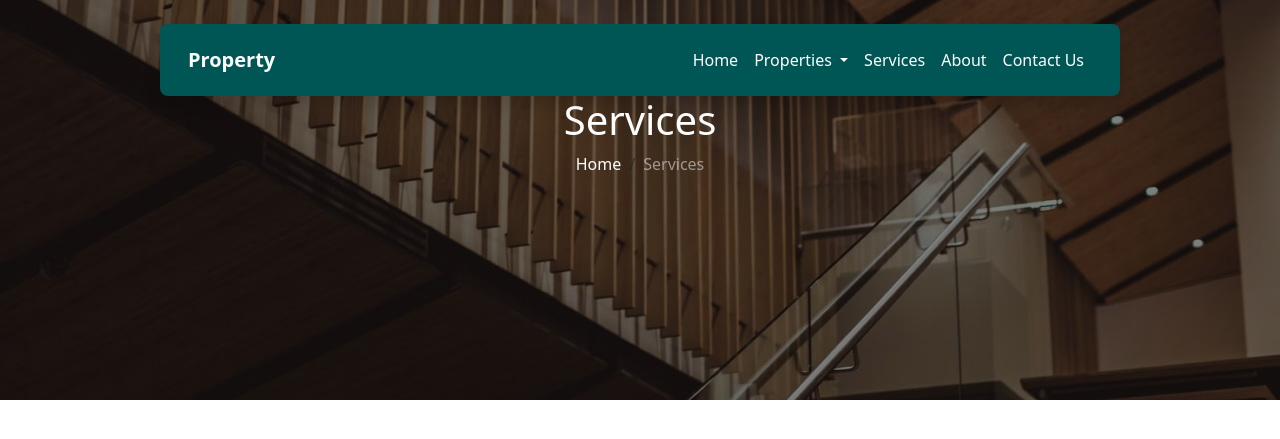
Repository: sameerrrrkhan911-git/Property
Page: service.html
The author's editor kept a copy of each file at every save. The page is drawn from the files as they stood at one save, then again after the next save.
The browser window is 1280 px wide. The pictures show the whole page.
Some web libraries are served in a nearby version.

Above is the page before, as saved 2025-09-28 16:14:53.

### service.html
<!doctype html>
<html lang="en">

<head>
    <meta charset="utf-8">
    <meta name="viewport" content="width=device-width, initial-scale=1">
    <title>Property</title>

    <!--====== LINKS ========-->
    <link href="https://cdn.jsdelivr.net/npm/bootstrap@5.3.8/dist/css/bootstrap.min.css" rel="stylesheet">
    <link
        href="https://fonts.googleapis.com/css2?family=Montserrat:wght@400;600&family=Open+Sans:wght@400;600&display=swap"
        rel="stylesheet">
    <link href="https://unpkg.com/aos@2.3.1/dist/aos.css" rel="stylesheet">
    <link href="https://cdn.jsdelivr.net/npm/remixicon@4.5.0/fonts/remixicon.css" rel="stylesheet">
    <link href="https://cdnjs.cloudflare.com/ajax/libs/tiny-slider/2.9.4/tiny-slider.css" rel="stylesheet">
    <link rel="stylesheet" href="assets/css/style2.css">
    <link rel="stylesheet" href="assets/css/style.css">

</head>

<body>
    <section class="mb-5" id="Right-Step">
        <div class="bg-holder overlay overlay-elixir">
        </div>

        <!-- Navbar -->
        <nav
            class="navbar navbar-expand-lg green-color p-3 mt-4 sticky-top position-absolute top-0 start-50 translate-middle-x w-75 rounded-3 shadow">
            <div class="container-fluid">
                <!-- Brand -->
                <a class="navbar-brand text-white fw-bold" href="#">Property</a>

                <!-- Toggler for Mobile -->
                <button class="navbar-toggler bg-light" type="button">
                    <span class="navbar-toggler-icon"></span>
                </button>

                <!-- Navbar Links -->
                <div class="collapse navbar-collapse" id="navbarNavDropdown">
                    <ul class="navbar-nav ms-auto">
                        <li class="nav-item">
                            <a class="nav-link text-white active" aria-current="page" href="#">Home</a>
                        </li>
                        <li class="nav-item dropdown">
                            <a class="nav-link dropdown-toggle text-white" href="#" role="button"
                                data-bs-toggle="dropdown" aria-expanded="false">
                                Properties
                            </a>
                            <ul class="dropdown-menu">
                                <li><a class="dropdown-item" href="#">Action</a></li>
                                <li><a class="dropdown-item" href="#">Another action</a></li>
                                <li><a class="dropdown-item" href="#">Something else here</a></li>
                            </ul>
                        </li>
                        <li class="nav-item"><a class="nav-link text-white" href="service.html">Services</a></li>
                        <li class="nav-item"><a class="nav-link text-white" href="about.html">About</a></li>
                        <li class="nav-item"><a class="nav-link text-white" href="contact.html">Contact Us</a></li>
                    </ul>
                </div>
            </div>
        </nav>

        <!--/.bg-holder-->
        <div class="forbg py-5">
            <div class="container">

                <div class="row justify-content-center align-items-center">
          <div class="col-lg-9 text-center mt-5">
            <h1 class="heading aos-init aos-animate white" data-aos="fade-up">Services</h1>

            <nav aria-label="breadcrumb" data-aos="fade-up" data-aos-delay="200" class="aos-init aos-animate">
              <ol class="breadcrumb text-center justify-content-center">
                <li class="breadcrumb-item"><a href="index.html" style="color: white;">Home</a></li>
                <li class="breadcrumb-item active text-white-50" aria-current="page">
                  Services
                </li>
              </ol>
            </nav>
          </div>
        </div>
            </div>
        </div><!-- end of .container-->
    </section>

</body>

</html>

### assets/css/style.css
/* ==============================
   Root Variables
=================================*/
:root {
  --green-color: #005555;
   --heading-color: #2a3855;
}

.green-color {
  background-color: var(--green-color);
}

.green{
  color: var(--green-color);
}

.black{
  color: black;
}

.para{
  text-align: left;
}

.heading-color{
  color: var(--heading-color);
}

.z-9 {
  z-index: 9 !important;
}

.white {
  color: white;
}

.green-line{
   height: 2px;
  width: 120px;
 background-color: var(--green-color);
 margin-bottom: 10px;
}

.black-line{
   height: 2px;
  width: 80px;
 background-color: black;
 margin: 10px auto;
}

.white-bg{
  background-color: white;
}

.fs-6{
  font-size: 5px;
}

.marginn{
  margin-bottom: 30px;
}

.a{
  text-decoration: none;
}


.dark-grey{
  background-color: #cccccc;
}

.text-color{
  color: #909ba6;
}
/* ==============================
Header
=================================*/


/* Hero background */
.hero-header {
  background-image: url("../images/hero_bg_3.jpg") !important;
  background-repeat: no-repeat;
  background-position: center center;
  background-size: cover;
  min-height: 100vh;
  position: relative;
  display: flex;
  align-items: center;
}



/* Overlay */
.hero-header::before {
  content: "";
  position: absolute;
  top: 0;
  left: 0;
  width: 100%;
  height: 100%;
  background: rgba(0, 0, 0, 0.5);
  z-index: 0;
}

/* Keep hero text above overlay */
.hero {
  position: relative;
  z-index: 1;
}

/* White text */
.white {
  color: #fff !important;
}

/* Responsive adjustments */
@media (max-width: 768px) {
  nav.navbar {
    width: 90% !important;
    margin-top: 1rem !important;
    padding: 0.75rem 1rem !important;
  }

  .hero h1 {
    font-size: 1.75rem;
    line-height: 1.3;
  }

  .hero form {
    flex-direction: column !important;
    gap: 0.75rem;
  }

  .hero input {
    width: 100% !important;
  }

  .hero button {
    width: 100% !important;
  }
}

@media (max-width: 576px) {
  .hero h1 {
    font-size: 1.5rem;
  }
}

/* Popular properties */

.property-slider {
  overflow: hidden;
}

.property-item {
  background: #fff;
  border-radius: 8px;
  overflow: hidden;
}

.property-content {
  background: #fff;
  border-radius: 8px;
}

/* Features */

.features-1 {
    padding-top: 30px;
    position: relative;
    z-index: 8;
    text-align: center;
    background-color: rgba(0, 32, 74, 0.05);
}

/* ==========================
   Testimonials Section
========================== */

.sec-testimonials .heading {
  font-size: 2rem;
  font-weight: 700;
}

/* Prev/Next buttons */
#testimonial-nav {
  display: flex;
  gap: 10px;
}

#testimonial-nav span {
  cursor: pointer;
  font-size: 14px;
  color: #002855;
  background: #e9ecef;
  padding: 6px 14px;
  border-radius: 20px;
  transition: all 0.3s ease;
}

#testimonial-nav span:hover {
  background: #002855;
  color: #fff;
}

/* Testimonials layout */
.testimonial-slider {
  display: grid;
  grid-template-columns: repeat(auto-fit, minmax(300px, 1fr));
  gap: 40px;
  margin-top: 30px;
  text-align: center;
}

.testimonial {
  padding: 20px;
}

.testimonial img {
  width: 90px;
  height: 90px;
  object-fit: cover;
  margin-bottom: 15px;
  border: 3px solid #ddd;
}

.testimonial .rate {
  margin: 10px 0;
  font-size: 16px;
  color: #f1c40f;
}

.testimonial h3 {
  margin-bottom: 10px;
  font-size: 1.1rem;
  font-weight: 600;
}

.testimonial blockquote {
  font-style: italic;
  font-size: 0.95rem;
  color: #555;
  margin: 10px 0 15px;
}

.greyy{
  background-color: #efefef;
}

.testimonial p.text-muted {
  font-size: 0.85rem;
  color: #888;
}

.img-fluid {
   max-width: 100%;
    height: auto;
}

/* Call To Action */
.footer-cta {
  background: white ;
  padding: 50px;
}

.footer-cta .btn-primary {
  border-radius: 30px;
  font-size: 1.1rem;
  transition: all 0.3s ease;
}

.footer-cta .btn-primary:hover {
  background: #003f3f;
  transform: translateY(-3px);
  box-shadow: 0 6px 15px rgba(0,0,0,0.2);
}

/* Our Agents */
.section_1{
  background-color: #f8f9fa;
}

/* Agent Card */
.person {
  background: #fff;
  border-radius: 12px;
  padding: 60px 20px 30px;
  text-align: center;
  position: relative;
  box-shadow: 0 4px 20px rgba(0,0,0,0.05);
  transition: all 0.3s ease;
}

.person:hover {
  transform: translateY(-8px);
  box-shadow: 0 12px 30px rgba(0,0,0,0.1);
}

/* Profile Image */
.person img {
  width: 100px;
  height: 100px;
  object-fit: cover;
  border-radius: 50%;
  position: absolute;
  top: -50px;
  left: 50%;
  transform: translateX(-50%);
}

/* Text styling */
.person-contents h2 {
  margin-top: 60px;
  font-size: 1.2rem;
  font-weight: 600;
}

.person-contents .meta {
  font-size: 0.9rem;
  color: #6c757d;
  margin-bottom: 15px;
}

.person-contents p {
  font-size: 0.95rem;
  color: #555;
  margin-bottom: 20px;
}

/* Social icons */
.social a {
  display: inline-flex;
  justify-content: center;
  align-items: center;
  width: 40px;
  height: 40px;
  margin: 0 5px;
  border-radius: 50%;
  background: #002855;
  color: #fff;
  transition: all 0.3s ease;
  text-decoration: none;
}

.social a:hover {
  background: #005555;
}

h2 a {
  color: #000;
  text-decoration: none;
}

.roundd{

  border-radius: 50%;
  text-decoration: none;
  padding: 5px;
}

.font-color{
 color: #163060;
}

.forbg {
    height: 400px;
    background: linear-gradient(to bottom, rgba(0, 0, 0, 0.5), rgba(0, 0, 0, 0.5)), url(../images/hero_bg_1.jpg);
    background-size: cover;
    background-position: center;
}

a{
  text-decoration: none;
}

Loaded but not shown: assets/css/style2.css (library)

After the next save:
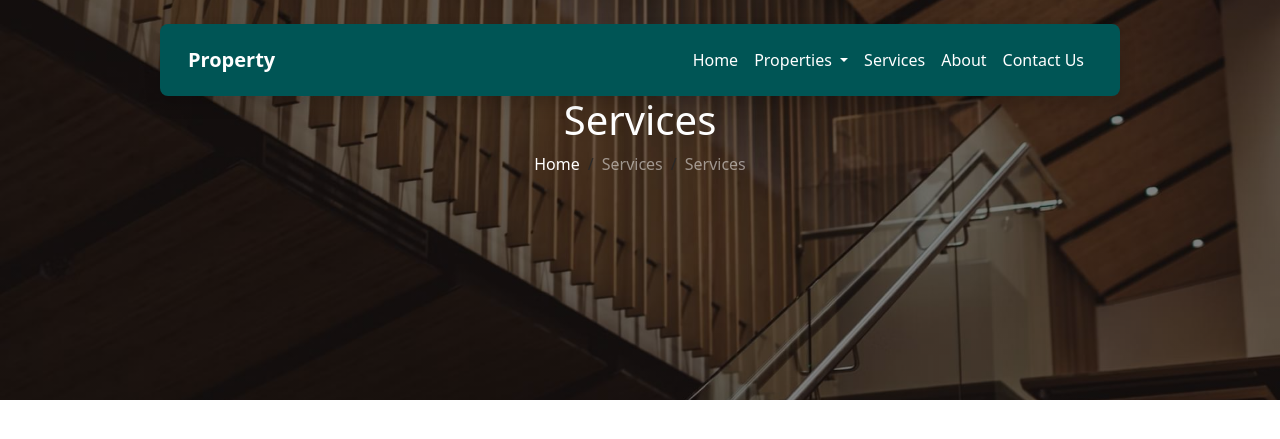
Saved 12 s later.
--- a/service.html
+++ b/service.html
@@ -75,6 +75,9 @@
                 <li class="breadcrumb-item active text-white-50" aria-current="page">
                   Services
                 </li>
+                <li class="breadcrumb-item active text-white-50" aria-current="page">
+                  Services
+                </li>
               </ol>
             </nav>
           </div>
